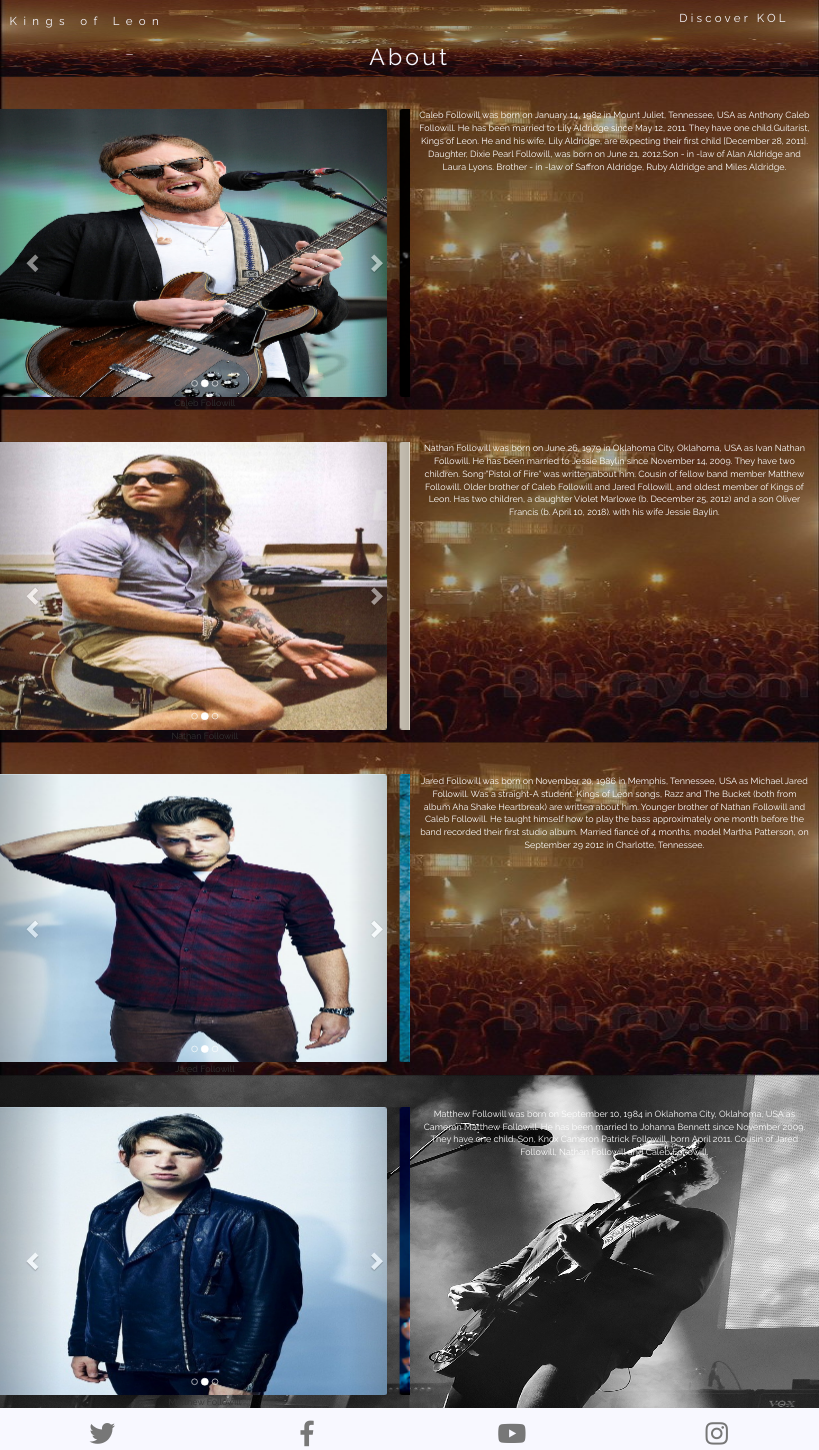
Repository: crocodile008/milestone-project-1
Page: discover.html
The author's editor kept a record of every edit. The page is drawn from the files as they stood at one moment, then again after the next edit.
The browser window is 1280 px wide. The pictures show the whole page, at 64% of full size.
Backgrounds fixed to the window are drawn as part of the page. Some web libraries are served in a nearby version.

Above is the page before.

After the next edit:
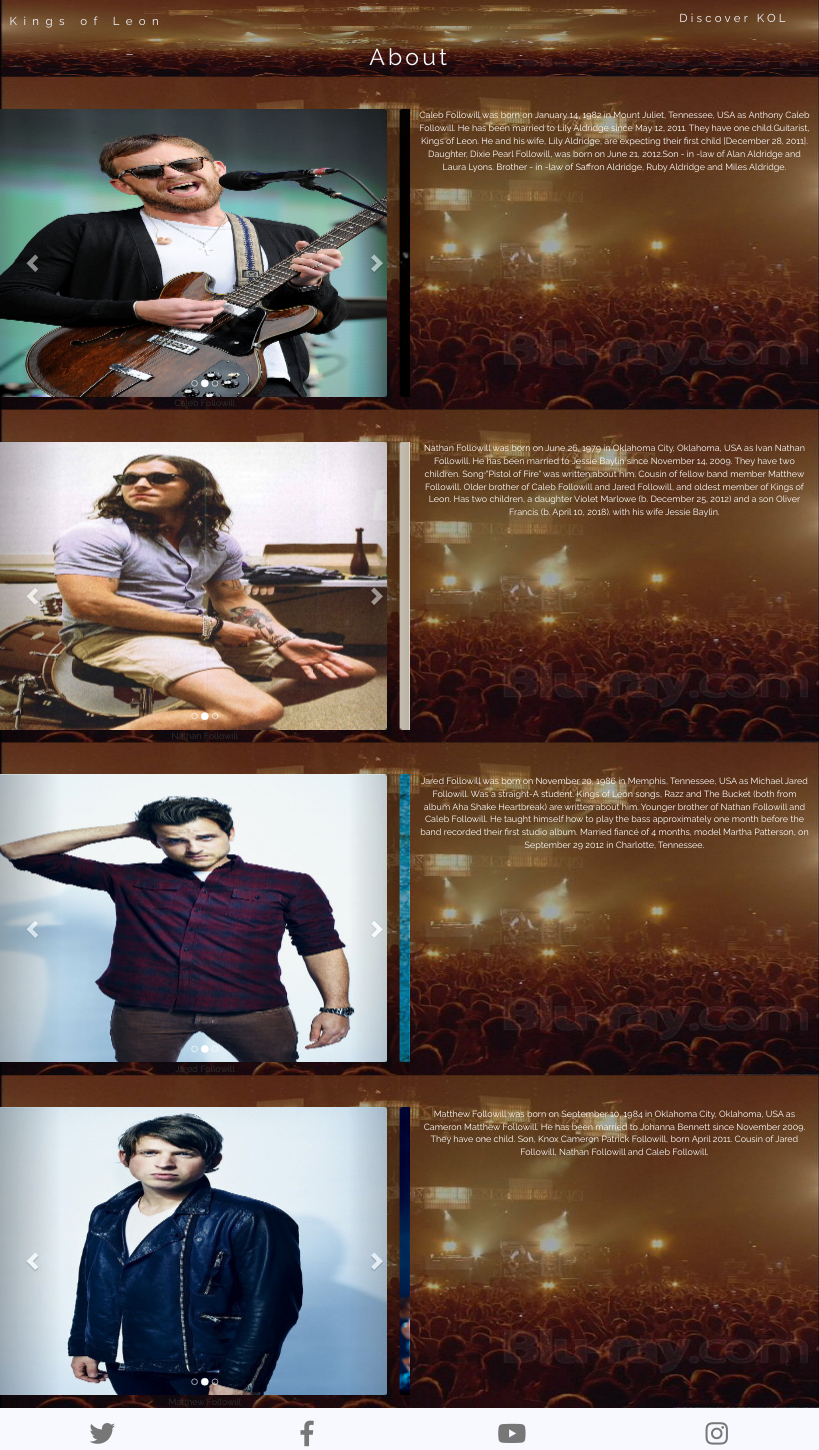
The edit:
--- a/discover.html
+++ b/discover.html
@@ -206,7 +206,7 @@
         </div>
       </div>
       <div class="container-fluid remove-margin-padding">
-        <div class="row remove-margin-padding video-container-4">
+        <div class="row remove-margin-padding discover-container-4">
           <div class="col-xs-12 col-sm-6 remove-margin-padding">
             <div id="carousel-matthew" class="carousel slide" data-ride="carousel">
               <!-- Indicators -->
